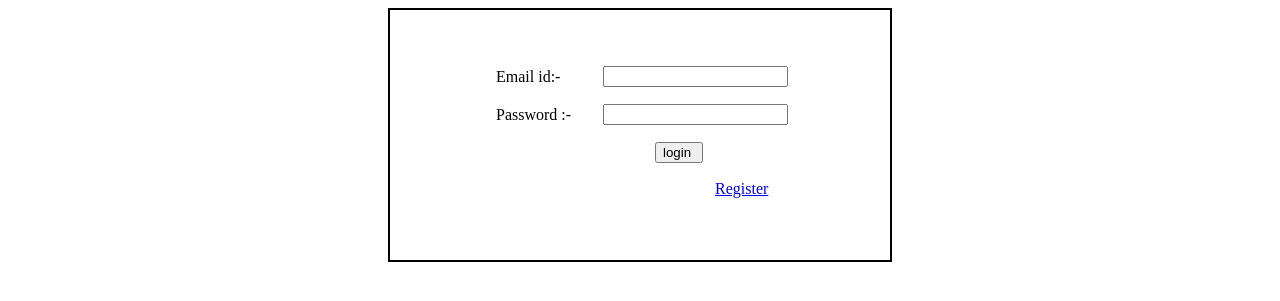
Repository: ShivrajMPujari/ServletApplication
Page: http://localhost/LoginRegistration/
The author's editor kept a copy of each file at every save. The page is drawn from the files as they stood at one save, then again after the next save.
The browser window is 1280 px wide. The pictures show the whole page.
The page is served by Tomcat 9.

Above is the page before, as saved 2018-07-11 09:48:02.

After the next save:
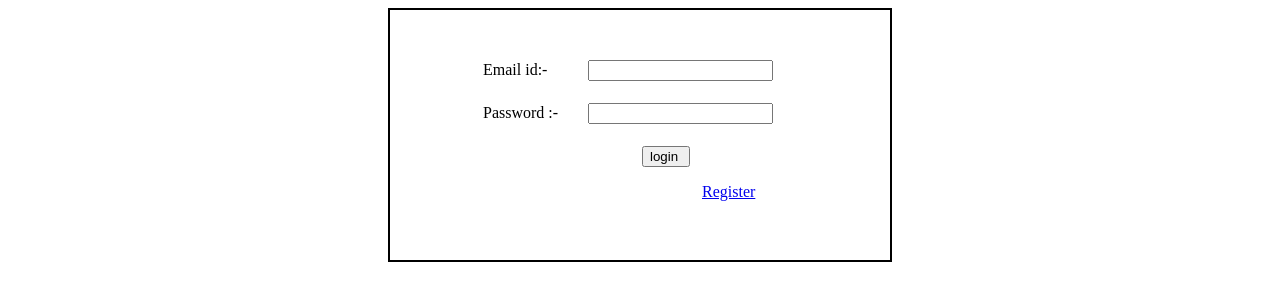
Saved 7 min 21 s later.
--- a/LoginRegistration/src/main/webapp/index.jsp
+++ b/LoginRegistration/src/main/webapp/index.jsp
@@ -7,12 +7,30 @@
 
 <script type="text/javascript">
 
-function validation(){
+var validation = function() {
+    var email = document.myForm.emailId.value;
+    var password = document.myForm.password.value;
+    var emailMessage = document.getElementById("emailMsg");
+    var passwordMessage = document.getElementById("passwordMsg");
+    console.log(email + " " + password);
+    //var emailRegEx = new RegExp("^[a-zA-z0-9,+-]+@[a-zA-Z0-9-]+\.[a-zA-Z0-9-.]+$");
+    //var emailRegEx = new RegExp( "/^[^\s@_]+[^\s]+@[^\s@]+\.[^\s@]{2,}$/");
+    var emailRegEx = new RegExp("^[a-zA-z0-9][a-zA-z0-9_.]*@[a-zA-z0-9]+([.][a-zA-Z]+)+$");
 
 
+    if (emailRegEx.test(email) && password.length > 3) {
 
+        return true;
 
+    } else if (emailRegEx.test(email) == false) {
+        // alert("email id or password is incorrect");
+        emailMessage.innerHTML = "*Invalid mail id";
+        return false;
+    } else if (password.length < 3) {
 
+        passwordMessage.innerHTML = "*Password should contain atleast 4 characters";
+        return false;
+    }
 }
 
 
@@ -24,24 +42,33 @@ function validation(){
 <body>
 
 <div class="tableDiv">
-<form action="login" method="get">
-<table class="loginTabel" cellspacing="15">
-<tr>
-	<td> Email id:- </td> <td> <input type="email" name="emailId" required/></td>
-</tr>
+<form action="login" method="get" name="myForm" onsubmit="return validation()">
+          <table class="loginTabel">
 
-<tr>
-	<td>Password :- </td> <td> <input type="password" name="password" required/> </td>
-</tr>
+                <tr>
+                    <td> Email id:- </td>
+                    <td> <input type="email" name="emailId" required/></td>
+                </tr>
+                <tr>
+                    <td></td>
+                    <td colspan="2" ><span id="emailMsg"></span></td>
+                </tr>
+                <tr>
+                    <td>Password :- </td>
+                    <td> <input type="password" name="password" required/> </td>
+                </tr>
+                <tr>
+                    <td></td>
+                    <td ><span id="passwordMsg"></span></td>
+                </tr>
+                <tr>
+                    <td colspan="2" class="submitButton"> <input class="btn" type="submit" value="login " /></td>
+                </tr>
+                <tr>
+                    <td colspan="2" class="register"><a href="Registration.jsp">Register</a></td>
+                </tr>
 
-<tr>
-<td colspan="2"  class="submitButton"  > <input class="btn"type="submit" value="login " /></td>
-</tr>
-
-<tr>
-<td colspan="2" class="register"><a href="Registration.jsp">Register</a></td>
-</tr>
-</table>
+            </table>
 </form>
 </div>
 </body>
